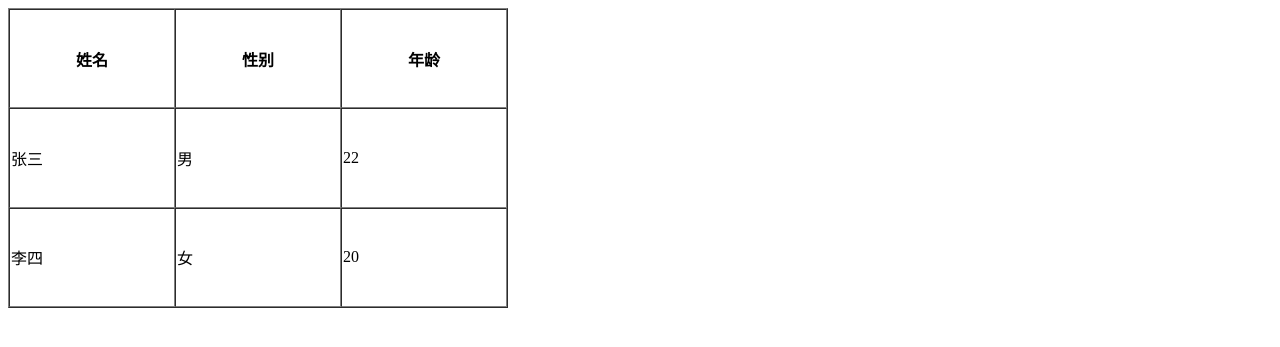
Repository: ls02/VSCode
Page: Java/2022/6-28-1/Test.html
An editor plug-in stored every save of this project. The page is shown before and after the next save, followed by the edit.
The browser window is 1280 px wide. The pictures show the whole page.

Above is the page before, as saved 2022-06-28 18:17:45.

After the next save:
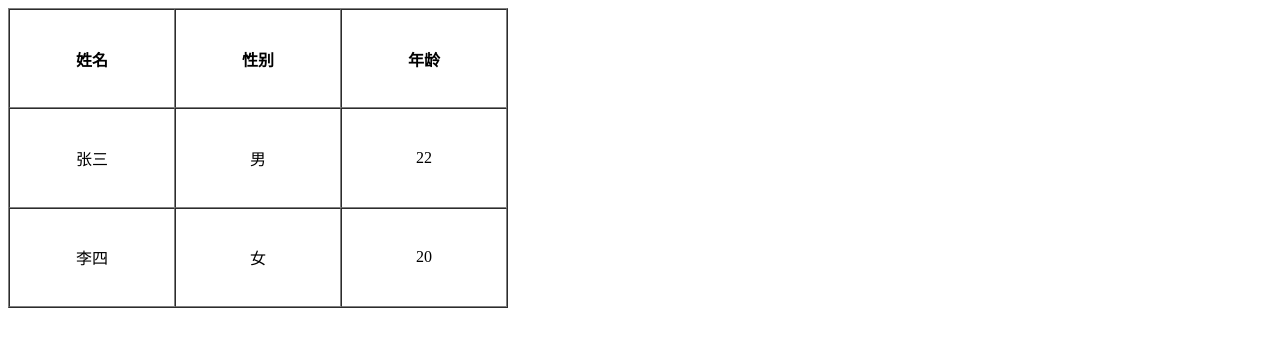
Saved 2 min 1 s later.
--- a/Java/2022/6-28-1/Test.html
+++ b/Java/2022/6-28-1/Test.html
@@ -2,7 +2,7 @@
  * @Author: ls02 <2877455773@qq.com>
  * @Date: 2022-06-28 16:01:52
  * @LastEditors: ls02 <2877455773@qq.com>
- * @LastEditTime: 2022-06-28 18:17:07
+ * @LastEditTime: 2022-06-28 18:19:45
  * @FilePath: \Java\2022\6-28-1\Test.html
  * @Description:
  *
@@ -17,8 +17,13 @@
     <title>我的标题</title>
 </head>
 <body>
+    <style>
+        td {
+            text-align: center;
+        }
+    </style>
     <!-- <a href="https://www.baidu.com" target="_blank">这是一个超链接</a> -->
-    <table width="500px" height="300px" border="1px" cellspacing="0">
+    <table width="500px" height="300px" border="1px" cellspacing="0" >
         <tr>
             <th>姓名</th>
             <th>性别</th>
